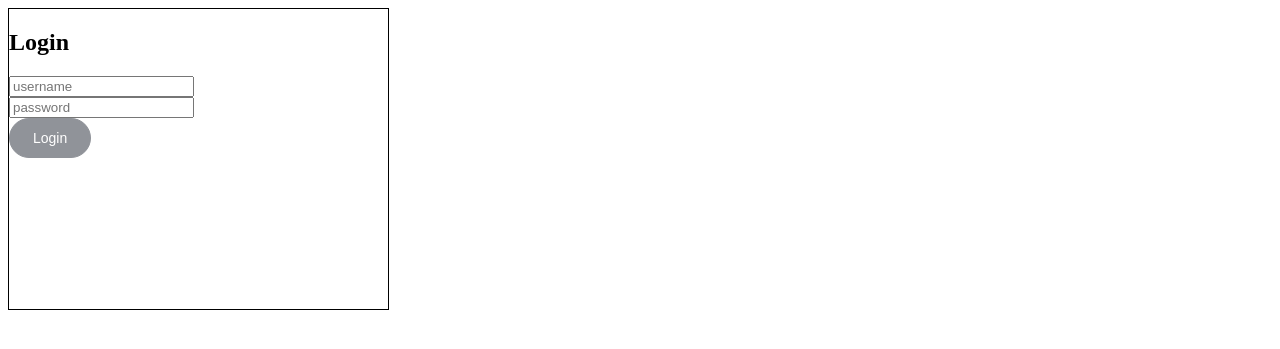
Repository: 951713487/net_shopping
Page: /
These files come from the project's save history. The page is drawn as it stood at one moment and after the next save; the edit follows.
The browser window is 1280 px wide. The pictures show the whole page.
The project was rebuilt for these pictures with package versions that can differ from the ones it lists, and the page was loaded fresh each time.

Above is the page before, as saved 2020-03-17 14:26:28.

After the next save:
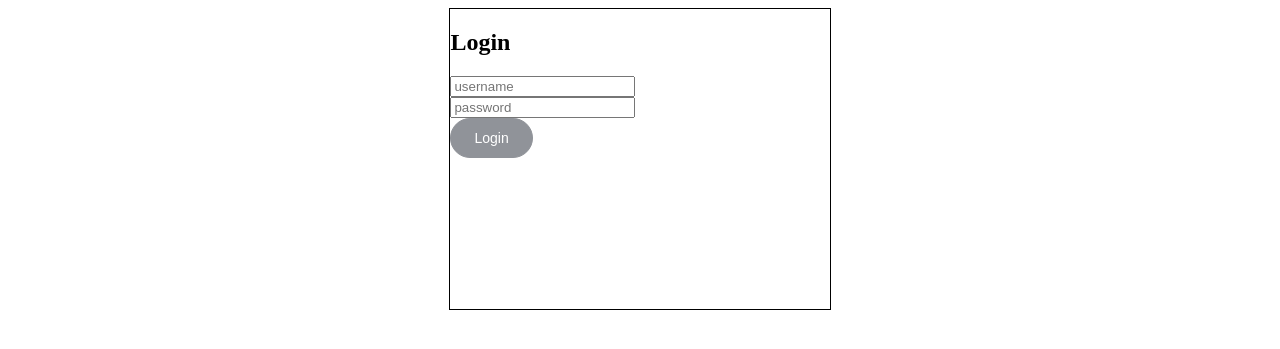
Saved 32 s later.
--- a/src/components/Login.vue
+++ b/src/components/Login.vue
@@ -19,7 +19,8 @@ export default {};
 #login_box {
     width:30%;
     height:300px;
-    border:1px solid #000
+    border:1px solid #000;
+    margin: 0 auto;
 }
 
 
